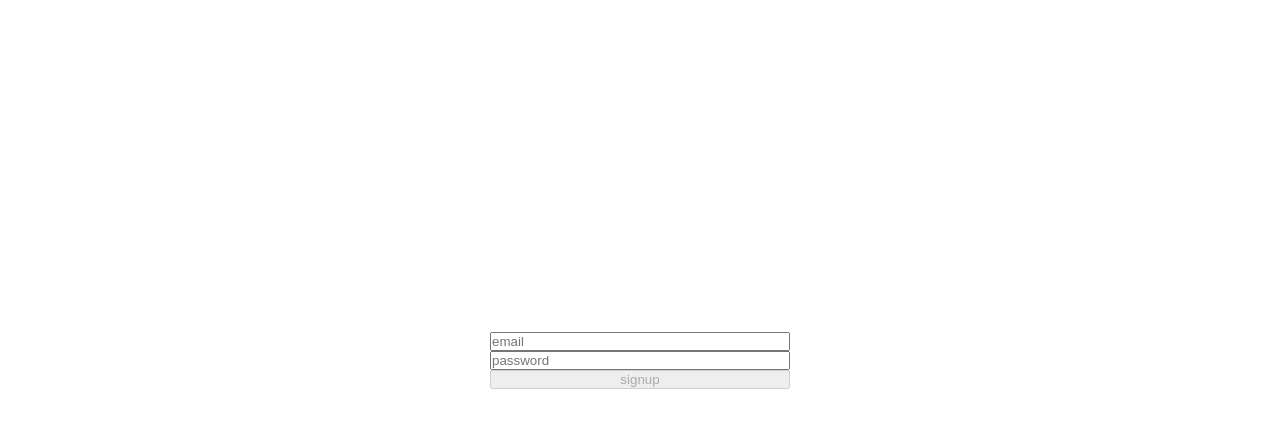
Repository: SeungYn/wanted-pre-onboarding-frontend
Page: /signup
These files come from the project's save history. The page is drawn as it stood at one moment and after the next save; the edit follows.
The browser window is 1280 px wide. The pictures show the whole page.
The project was rebuilt for these pictures with package versions that can differ from the ones it lists, and the page was loaded fresh each time.

Above is the page before, as saved 2023-01-30 21:59:34.

After the next save:
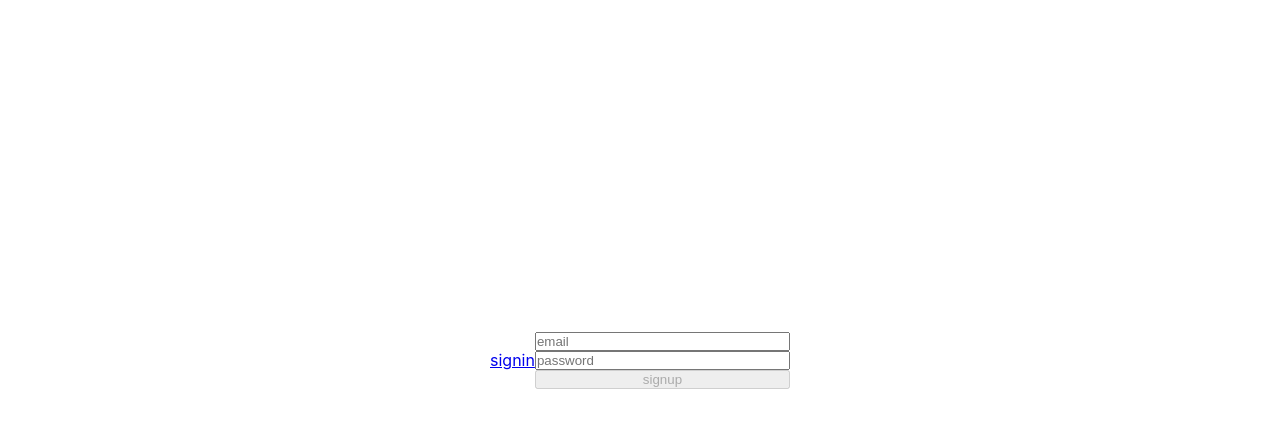
Saved 3 min 24 s later.
--- a/src/components/auth/AuthContainer.jsx
+++ b/src/components/auth/AuthContainer.jsx
@@ -1,5 +1,5 @@
 import React from 'react';
-import { useLocation } from 'react-router-dom';
+import { Link, NavLink, useLocation } from 'react-router-dom';
 import { useService } from '../../context/ServiceContext';
 import useForm from '../../hooks/useForm';
 import useAuth from '../../hooks/useAuth';
@@ -14,6 +14,12 @@ export default function AuthContainer() {
 
   return (
     <section className={styles.authContainer}>
+      {type === 'signup' ? (
+        <Link to='signin'>signin</Link>
+      ) : (
+        <Link to='signup'>signup</Link>
+      )}
+      <Link></Link>
       {type === 'signup' ? (
         <AuthForm
           type={type}
